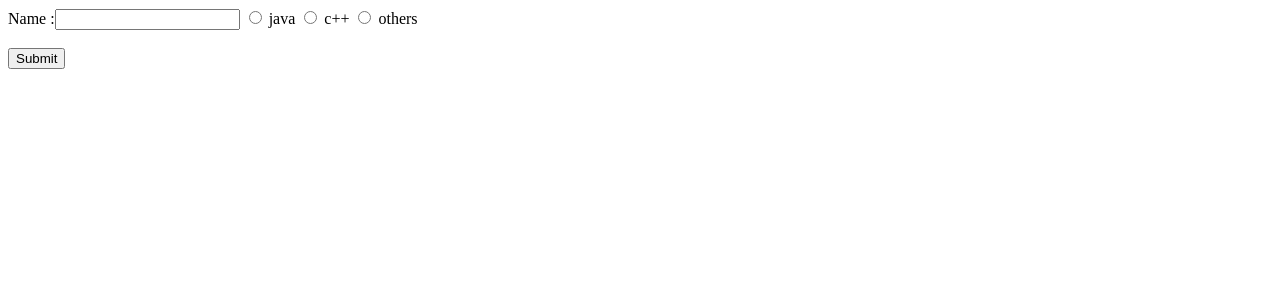
Repository: sushmasetti/Angular1
Page: Eclipse/Test1/WebContent/Language.html
An editor plug-in stored every save of this project. The page is shown before and after the next save, followed by the edit.
The browser window is 1280 px wide. The pictures show the whole page.

Above is the page before, as saved 2019-08-09 22:45:09.

### Eclipse/Test1/WebContent/Language.html
<!DOCTYPE html>
<html>
<head>
<meta charset="ISO-8859-1">
<title>Insert title here</title>
</head>
<body>
<form action="language.jsp">
Name :<input type ="text" name="name"/>
 <INPUT TYPE="radio" NAME="radios" VALUE="java" >
           java
           <INPUT TYPE="radio" NAME="radios" VALUE="c++">
            c++
            <INPUT TYPE="radio" NAME="radios" VALUE="others">
            others
           <BR>
           <br>

<input type ="submit"/>
</form>
</body>
</html>

After the next save:
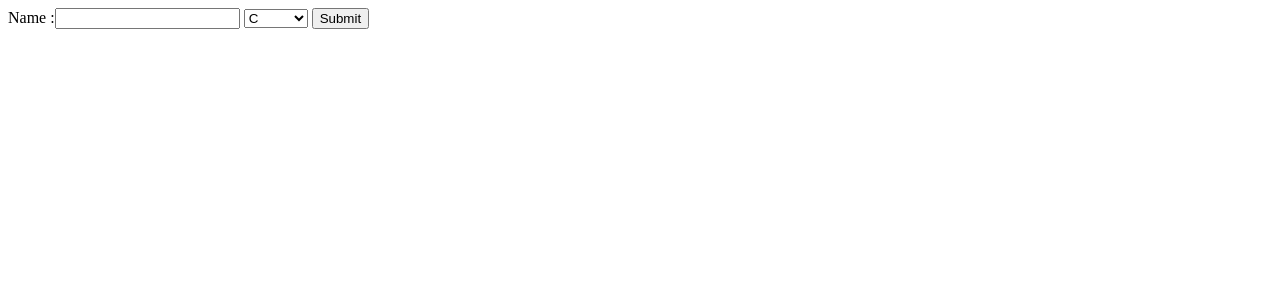
Saved 2 min 32 s later.
--- a/Eclipse/Test1/WebContent/Language.html
+++ b/Eclipse/Test1/WebContent/Language.html
@@ -7,14 +7,13 @@
 <body>
 <form action="language.jsp">
 Name :<input type ="text" name="name"/>
- <INPUT TYPE="radio" NAME="radios" VALUE="java" >
-           java
-           <INPUT TYPE="radio" NAME="radios" VALUE="c++">
-            c++
-            <INPUT TYPE="radio" NAME="radios" VALUE="others">
-            others
-           <BR>
-           <br>
+ <select name="pl">
+<option value="C">C</option>
+<option value="C++">C++</option>
+<option value="Java">Java</option>
+<option value="Python">Python</option>
+</select>
+
 
 <input type ="submit"/>
 </form>
